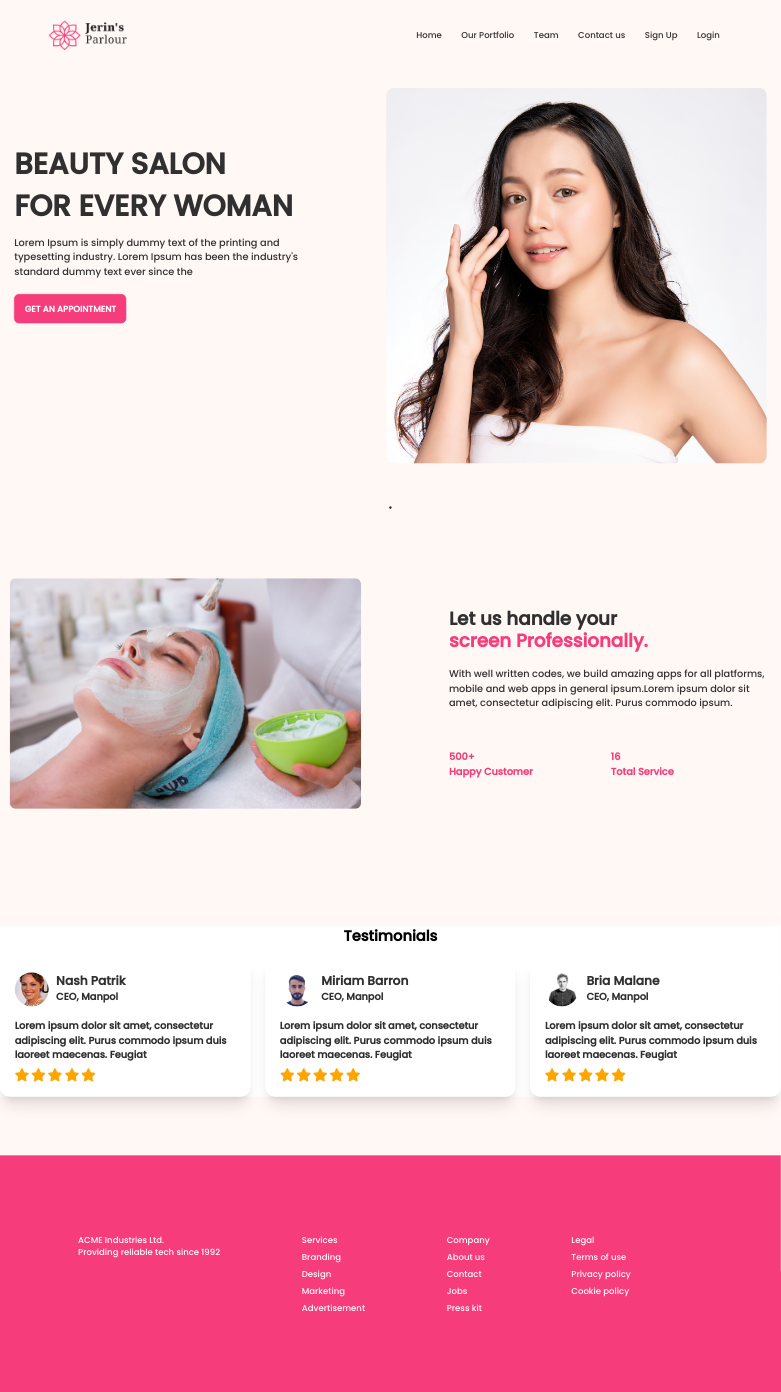
Repository: Wahid137/jerins-parlour-client
Page: /
An editor plug-in stored every save of this project. The page is shown before and after the next save, followed by the edit.
The browser window is 1280 px wide. The pictures show the whole page, at 61% of full size.
The page's requests for data from a server got no answer. The project was rebuilt for these pictures with package versions that can differ from the ones it lists, and the page was loaded fresh each time. No one was signed in, and anything a server would have sent is missing. Also part of the build but not shown: src/App.css, src/Pages/Home/Services/ServicesCard.js.

Above is the page before, as saved 2023-07-16 05:01:09.

### public/index.html
<!DOCTYPE html>
<html lang="en">
  <head>
    <meta charset="utf-8" />
    <link rel="icon" href="%PUBLIC_URL%/favicon.ico" />
    <meta name="viewport" content="width=device-width, initial-scale=1" />
    <meta name="theme-color" content="#000000" />
    <meta
      name="description"
      content="Web site created using create-react-app"
    />
    <link rel="preconnect" href="https://fonts.googleapis.com">
    <link rel="preconnect" href="https://fonts.gstatic.com" crossorigin>
    <link href="https://fonts.googleapis.com/css2?family=Poppins:wght@500&display=swap" rel="stylesheet">
    <link rel="apple-touch-icon" href="%PUBLIC_URL%/logo192.png" />
    <!--
      manifest.json provides metadata used when your web app is installed on a
      user's mobile device or desktop. See https://developers.google.com/web/fundamentals/web-app-manifest/
    -->
    <link rel="manifest" href="%PUBLIC_URL%/manifest.json" />
    <!--
      Notice the use of %PUBLIC_URL% in the tags above.
      It will be replaced with the URL of the `public` folder during the build.
      Only files inside the `public` folder can be referenced from the HTML.

      Unlike "/favicon.ico" or "favicon.ico", "%PUBLIC_URL%/favicon.ico" will
      work correctly both with client-side routing and a non-root public URL.
      Learn how to configure a non-root public URL by running `npm run build`.
    -->
    <title>React App</title>
  </head>
  <body>
    <noscript>You need to enable JavaScript to run this app.</noscript>
    <div id="root"></div>
    <!--
      This HTML file is a template.
      If you open it directly in the browser, you will see an empty page.

      You can add webfonts, meta tags, or analytics to this file.
      The build step will place the bundled scripts into the <body> tag.

      To begin the development, run `npm start` or `yarn start`.
      To create a production bundle, use `npm run build` or `yarn build`.
    -->
  </body>
</html>

### src/index.js
import React from 'react';
import ReactDOM from 'react-dom/client';
import './index.css';
import App from './App';
import reportWebVitals from './reportWebVitals';
import { QueryClient, QueryClientProvider } from '@tanstack/react-query'


// Create a client
const queryClient = new QueryClient()

const root = ReactDOM.createRoot(document.getElementById('root'));
root.render(
  <React.StrictMode>
    <QueryClientProvider client={queryClient}>
      <App />
    </QueryClientProvider>
  </React.StrictMode>
);

// If you want to start measuring performance in your app, pass a function
// to log results (for example: reportWebVitals(console.log))
// or send to an analytics endpoint. Learn more: https://bit.ly/CRA-vitals
reportWebVitals();

### src/index.css
@tailwind base;
@tailwind components;
@tailwind utilities;

body {
  background-color: #FFF8F5;
  margin: 0;
  font-family: -apple-system, BlinkMacSystemFont, 'Segoe UI', 'Roboto', 'Oxygen',
    'Ubuntu', 'Cantarell', 'Fira Sans', 'Droid Sans', 'Helvetica Neue',
    sans-serif;
    font-family: 'Poppins', sans-serif;
  -webkit-font-smoothing: antialiased;
  -moz-osx-font-smoothing: grayscale;
}

code {
  font-family: source-code-pro, Menlo, Monaco, Consolas, 'Courier New',
    monospace;
}

### src/App.js
import logo from './logo.svg';
import './App.css';
import { RouterProvider } from 'react-router-dom';
import router from './Routes/Routes/Routes';
import { Toaster } from 'react-hot-toast';

function App() {
  return (
    <div className=" mx-auto">
      <RouterProvider router={router}></RouterProvider>
      <Toaster></Toaster>
    </div>
  );
}

export default App;

### src/Routes/Routes/Routes.js
const { createBrowserRouter } = require("react-router-dom");
const { default: Main } = require("../../Layout/Main");
const { default: Home } = require("../../Pages/Home/Home/Home");

const router = createBrowserRouter([
    {
        path: '/',
        element: <Main></Main>,
        children: [
            {
                path: '/',
                element: <Home></Home>
            }
        ]
    }
])
export default router;

### src/Layout/Main.js
import React from 'react';
import Navbar from '../Shared/Navbar/Navbar';
import { Outlet } from 'react-router-dom';
import Footer from '../Shared/Footer/Footer';

const Main = () => {
    return (
        <div>
            <Navbar></Navbar>
            <Outlet></Outlet>
            <Footer></Footer>
        </div>
    );
};

export default Main;

### src/Pages/Home/Home/Home.js
import React from 'react';
import Banner from '../Banner/Banner';
import Services from '../Services/Services';
import Screen from '../Screen/Screen';
import Testimonial from '../Testimonial/Testimonial';

const Home = () => {
    return (
        <div>
            <Banner></Banner>
            <Services></Services>
            <Screen></Screen>
            <Testimonial></Testimonial>
        </div>
    );
};

export default Home;

### src/Shared/Navbar/Navbar.js
import React from 'react';
import logo from '../../assets/logo.png';
import { Link } from 'react-router-dom';

const Navbar = () => {
    const menuItem = <>
        <li><Link to="/">Home</Link></li>
        <li><Link to="/portfolio">Our Portfolio</Link></li>
        <li><Link to="/team">Team</Link></li>
        <li><Link to="/dashboard">Contact us</Link></li>
        <li><Link to="/signup">Sign Up</Link></li>
        <li><Link to="/login">Login</Link></li>

    </>
    return (
        <div className="navbar flex justify-between px-20 pt-8">
            <div className="navbar-start">
                <div className="dropdown">
                    <label tabIndex={0} className="btn btn-ghost lg:hidden">
                        <svg xmlns="http://www.w3.org/2000/svg" className="h-5 w-5" fill="none" viewBox="0 0 24 24" stroke="currentColor"><path strokeLinecap="round" strokeLinejoin="round" strokeWidth="2" d="M4 6h16M4 12h8m-8 6h16" /></svg>
                    </label>
                    <ul tabIndex={1} className="menu menu-sm dropdown-content mt-3 z-[1] p-2 shadow bg-base-100 rounded-box w-52">
                        {menuItem}
                    </ul>
                </div>
                <Link to="/" className="w-32">
                    <img src={logo} alt="" />
                </Link>
            </div>
            <div className="navbar-center hidden lg:flex">
                <ul className="menu menu-horizontal px-1">
                    {menuItem}
                </ul>
            </div>
            <label htmlFor="dashboard-drawer" tabIndex={2} className="btn btn-ghost lg:hidden">
                <svg xmlns="http://www.w3.org/2000/svg" className="h-5 w-5" fill="none" viewBox="0 0 24 24" stroke="currentColor"><path strokeLinecap="round" strokeLinejoin="round" strokeWidth="2" d="M4 6h16M4 12h8m-8 6h16" /></svg>
            </label>

        </div>
    );
};

export default Navbar;

### src/Shared/Footer/Footer.js
import React from 'react';


const Footer = () => {
    return (
        <footer className="footer p-32 bg-primary text-white w-full max-w-full">
            <div>
                <p>ACME Industries Ltd.<br />Providing reliable tech since 1992</p>
            </div>
            <div>
                <span className=" text-white">Services</span>
                <a href="/" className="link link-hover">Branding</a>
                <a href="/" className="link link-hover">Design</a>
                <a href="/" className="link link-hover">Marketing</a>
                <a href="/" className="link link-hover">Advertisement</a>
            </div>
            <div>
                <span className="">Company</span>
                <a href="/" className="link link-hover">About us</a>
                <a href="/" className="link link-hover">Contact</a>
                <a href="/" className="link link-hover">Jobs</a>
                <a href="/" className="link link-hover">Press kit</a>
            </div>
            <div>
                <span className="">Legal</span>
                <a href="/" className="link link-hover">Terms of use</a>
                <a href="/" className="link link-hover">Privacy policy</a>
                <a href="/" className="link link-hover">Cookie policy</a>
            </div>
        </footer>
    );
};

export default Footer;

### src/Pages/Home/Banner/Banner.js
import React from 'react';
import woman from '../../../assets/images/woman.png';
import PrimaryButton from '../../../Components/PrimaryButton/PrimaryButton';

const Banner = () => {
    return (
        <div className="hero" >
            <div className="hero-content flex-col lg:flex-row-reverse min-h-screen">

                <img src={woman} className="rounded-lg lg:w-1/2" alt="" />

                <div className='lg:me-32 lg:-mt-32'>
                    <h1 className="text-5xl font-bold mt-0 mb-5">BEAUTY SALON</h1>
                    <h1 className="text-5xl font-bold">FOR EVERY WOMAN</h1>
                    <p className="py-6">Lorem Ipsum is simply dummy text of the printing and <br /> typesetting industry. Lorem Ipsum has been the industry's <br /> standard dummy text ever since the</p>
                    <PrimaryButton>Get an Appointment</PrimaryButton>
                </div>
            </div>
        </div>
    );
};

export default Banner;

### src/Pages/Home/Services/Services.js
import { useQuery } from '@tanstack/react-query';
import React from 'react';
import Loading from '../../../Shared/Loading/Loading';


import ServicesCard from './ServicesCard';
import PrimaryButton from '../../../Components/PrimaryButton/PrimaryButton';



const Services = () => {
    const { data: services = [], isLoading } = useQuery({
        queryKey: ['services'],
        queryFn: () => fetch('http://localhost:5000/services')
            .then(res => res.json())
    })


    if (isLoading) {
        return <Loading></Loading>;
    }

    return (
        <div className='p-0 my-10'>
            <div className='mx-auto mb-4 py-10 text-center w-1/2'>
                <p className='text-2xl font-bold'>Our Awesome <span className='text-primary'>Services</span></p>
            </div>
            <div className='grid gap-1 grid-cols-1 md:grid-cols-2 lg:grid-cols-3'>
                {
                    services.map(service => <ServicesCard
                        key={service._id}
                        service={service}
                    ></ServicesCard>)
                }
            </div>
            <div className='text-center mt-24'>
                <PrimaryButton >Explore More</PrimaryButton>
            </div>

        </div >
    );
};

export default Services;

### src/Pages/Home/Screen/Screen.js
import React from 'react';
import face from '../../../assets/images/face.png'

const Screen = () => {
    return (
        <div className="hero py-20 bg-secondary">
            <div className="hero-content flex-col lg:flex-row">
                <img src={face} className="max-w-xl rounded-lg" alt="" />
                <div className='lg:w-1/2 ms-32'>
                    <h1 className="text-3xl font-semibold">Let us handle your <br /><span className='text-primary'>screen Professionally.</span></h1>
                    <p className="py-6">With well written codes, we build amazing apps for all platforms, mobile and web apps in general ipsum.Lorem ipsum dolor sit amet, consectetur adipiscing elit. Purus commodo ipsum.</p>
                    <div className='flex pt-10'>
                        <div className='me-32'>
                            <p className='text-primary font-bold'>500+</p>
                            <p className='text-primary font-bold'>Happy Customer</p>
                        </div>
                        <div>
                            <p className='text-primary font-bold'>16</p>
                            <p className='text-primary font-bold'>Total Service</p>
                        </div>
                    </div>
                </div>
            </div>
        </div>
    );
};

export default Screen;

### src/Pages/Home/Testimonial/Testimonial.js
import React from 'react';
import ellipse1 from '../../../assets/images/Ellipse 90.png';
import ellipse2 from '../../../assets/images/Ellipse 91.png';
import ellipse3 from '../../../assets/images/Ellipse 92.png';
import TestimonialCard from './TestmonialCard';

const Testimonial = () => {
    const customersInformation = [
        {
            "customer_id": "01",
            "name": "Nash Patrik",
            "job": "CEO, Manpol",
            "quote": "Lorem ipsum dolor sit amet, consectetur adipiscing elit. Purus commodo ipsum duis laoreet maecenas. Feugiat ",
            "img": ellipse1,
            "rating": 5
        },
        {
            "customer_id": "02 ",
            "name": "Miriam Barron",
            "job": "CEO, Manpol",
            "quote": "Lorem ipsum dolor sit amet, consectetur adipiscing elit. Purus commodo ipsum duis laoreet maecenas. Feugiat ",
            "img": ellipse2,
            "rating": 5
        },
        {
            "customer_id": "03",
            "name": "Bria Malane",
            "job": "CEO, Manpol",
            "quote": "Lorem ipsum dolor sit amet, consectetur adipiscing elit. Purus commodo ipsum duis laoreet maecenas. Feugiat ",
            "img": ellipse3,
            "rating": 5
        }
    ]
    return (
        <div className='my-24 bg-base-100'>
            <div className='mx-auto mb-5 text-center w-1/2'>
                <p className='text-2xl font-bold text-black'>Testimonials</p>
            </div>
            <div className='grid gap-6 grid-cols-1 md:grid-cols-2 lg:grid-cols-3'>
                {
                    customersInformation.map(customerInformation => <TestimonialCard
                        key={customerInformation.customer_id}
                        customerInformation={customerInformation}
                    ></TestimonialCard>)
                }
            </div>
        </div>
    );
};

export default Testimonial;

### src/Components/PrimaryButton/PrimaryButton.js
import React from 'react';

const PrimaryButton = ({ children }) => {
    return (
        <button className="btn btn-primary text-white">{children}</button>
    );
};

export default PrimaryButton;

### src/Shared/Loading/Loading.js
import React from 'react';

const Loading = () => {
    return (
        <div className="flex items-center justify-center">
            <span className="loading loading-ring loading-lg"></span>
        </div>
    );
};

export default Loading;

### src/Pages/Home/Testimonial/TestmonialCard.js
import React from 'react';
import Rating from '../../../Shared/Rating/Rating';

const TestimonialCard = ({ customerInformation }) => {
    const { img, name, job, quote, rating } = customerInformation;
    return (
        <div className="p-6 card card-compact bg-base-100 shadow-xl">
            <div className='flex justify-between'>
                <div className='flex'>
                    <figure><img className="rounded-full w-14 h-14 me-3" src={img} alt="Shoes" /></figure>
                    <div>
                        <h2 className='text-xl font-bold'>{name}</h2>
                        <p className='font-semibold'>{job}</p>
                    </div>
                </div>
            </div>
            <div className="mt-5">
                <p className='font-semibold mb-2'>{quote}</p>
                <Rating stars={rating}></Rating>
            </div>
        </div>
    );
};

export default TestimonialCard;

### src/Shared/Rating/Rating.js
import React from 'react';
import { FaStar, FaStarHalfAlt } from "react-icons/fa";
import { AiOutlineStar } from "react-icons/ai";
import './Rating.css';

const Rating = ({ stars }) => {
    const ratingStar = Array.from({ length: 5 }, (elem, index) => {
        let numbers = index + 0.5;

        return (
            <span key={index}>
                {stars >= index + 1 ? (
                    <FaStar className='icon'></FaStar>
                ) : stars >= numbers ? (
                    <FaStarHalfAlt className='icon'></FaStarHalfAlt>
                ) : (
                    <AiOutlineStar className='icon'></AiOutlineStar>
                )}
            </span>
        )
    });
    return (

        <div className='icon-style'>
            {ratingStar}
        </div>

    );
};


export default Rating;

### src/Shared/Rating/Rating.css
.icon-style{
    display: flex;
    gap: 0.2rem;
    align-items: center;

}
.icon {
    width: 24px;
    height: 24px;
    color: orange;
}

### tailwind.config.js
/** @type {import('tailwindcss').Config} */
module.exports = {
  content: [
    "./src/**/*.{js,jsx,ts,tsx}",
  ],
  daisyui: {
    themes: [
      {
        parlourTheme: {
          primary: '#F63E7B',
          secondary: '#FFF8F5',
          accent: '##F4F7FC',
          neutral: '#3D4451',
          "base-100": '#FFFFFF',
        }
      }
    ]
  },
  theme: {
    extend: {},
  },
  plugins: [require("daisyui")],
}

Loaded but not shown: src/reportWebVitals.js (common file)

After the next save:
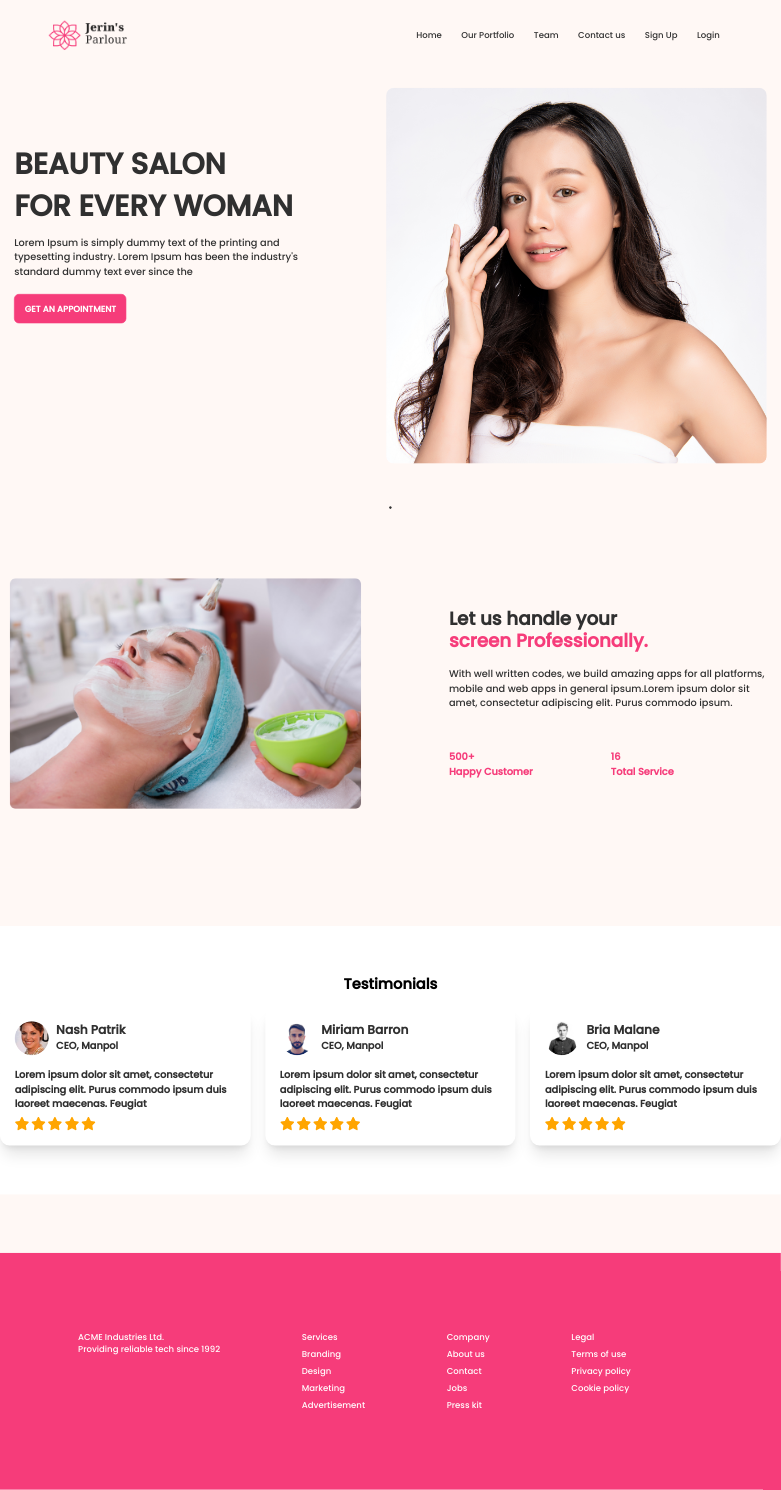
Saved 89 s later.
--- a/src/Pages/Home/Testimonial/Testimonial.js
+++ b/src/Pages/Home/Testimonial/Testimonial.js
@@ -32,7 +32,7 @@ const Testimonial = () => {
         }
     ]
     return (
-        <div className='my-24 bg-base-100'>
+        <div className='my-24 bg-base-100 py-20'>
             <div className='mx-auto mb-5 text-center w-1/2'>
                 <p className='text-2xl font-bold text-black'>Testimonials</p>
             </div>
